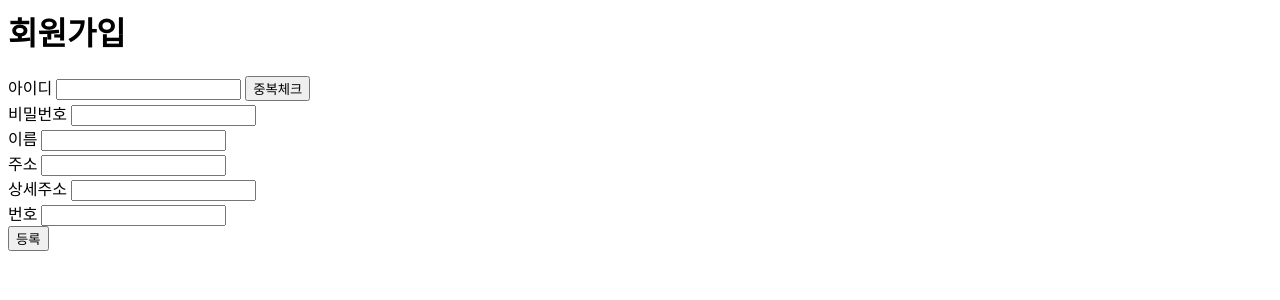
Repository: haegoal/web
Page: http://localhost/shop/user/insert.jsp
These files come from the project's save history. The page is drawn as it stood at one moment and after the next save; the edit follows.
The browser window is 1280 px wide. The pictures show the whole page.
The page is served by Tomcat 9.

Above is the page before, as saved 2023-08-09 02:37:17.
Console error: ReferenceError: $ is not defined

After the next save:
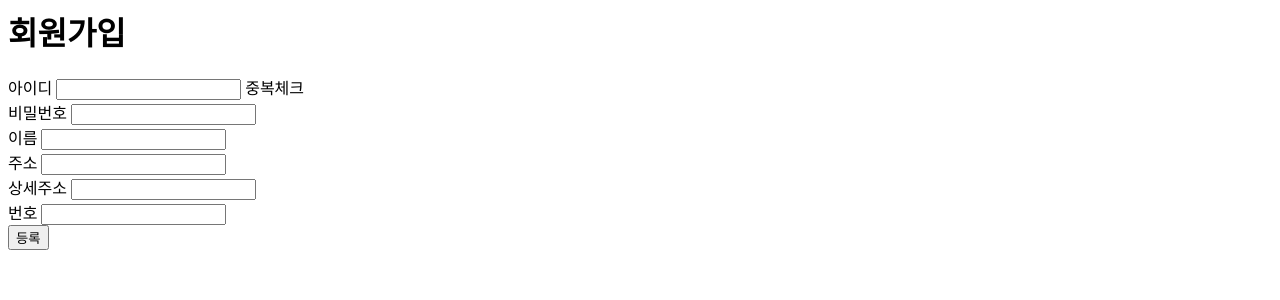
Saved 97 s later.
--- a/shop/src/main/webapp/user/insert.jsp
+++ b/shop/src/main/webapp/user/insert.jsp
@@ -8,7 +8,7 @@
 					<div class="input-group">
 						<span class="input-group-text">아이디</span>
 						<input class="form-control" name="uid">
-						<button class="btn btn-primary" id="btn-check">중복체크</button>
+						<a class="btn btn-primary" id="btn-check">중복체크</a>
 					</div>
 					<div class="input-group">
 						<span class="input-group-text">비밀번호</span>
